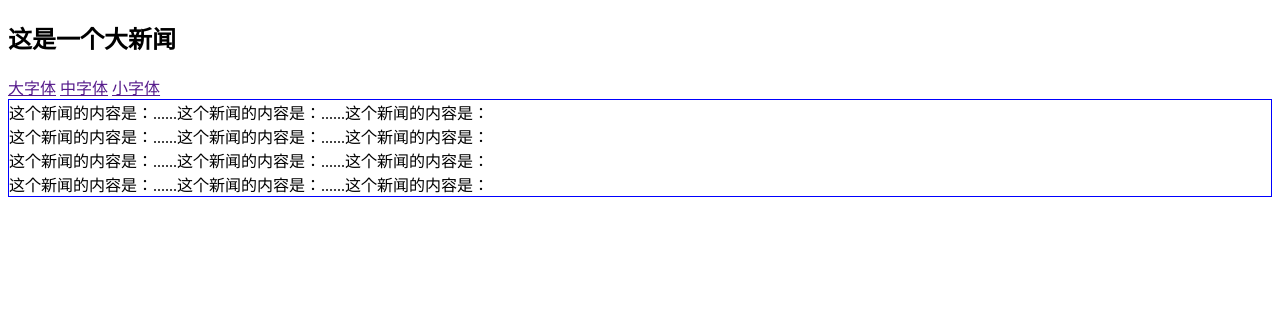
Repository: tangchengjingwen/javaLearningCode
Page: javaLearningCode/day31_html/demo_news.html
The author's editor kept a copy of each file at every save. The page is drawn from the files as they stood at one save, then again after the next save.
The browser window is 1280 px wide. The pictures show the whole page.

Above is the page before, as saved 2012-05-15 07:01:29.

After the next save:
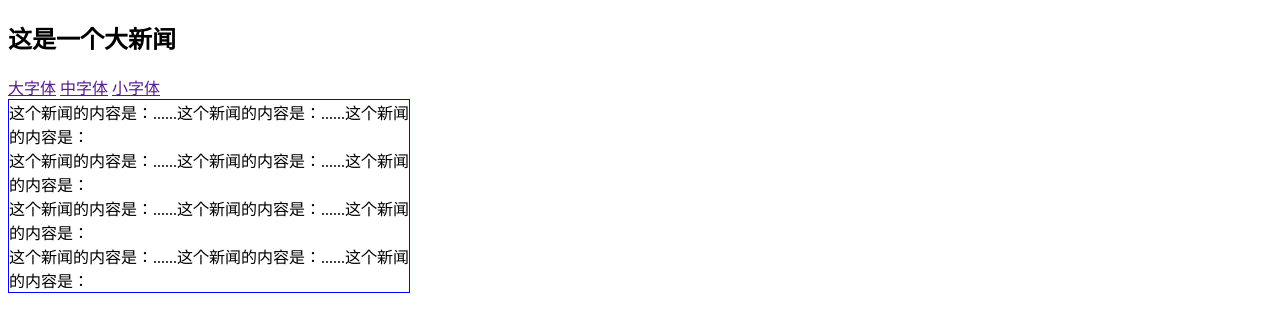
Saved 11 s later.
--- a/javaLearningCode/day31_html/demo_news.html
+++ b/javaLearningCode/day31_html/demo_news.html
@@ -5,7 +5,7 @@
 		<title>Untitled Document</title>
 		<style type="text/css">
 
-			#newstext{border:#0000ff 1px solid;}
+			#newstext{border:#0000ff 1px solid;width:400px;}
 		</style>
 	</head>
 	<body>
